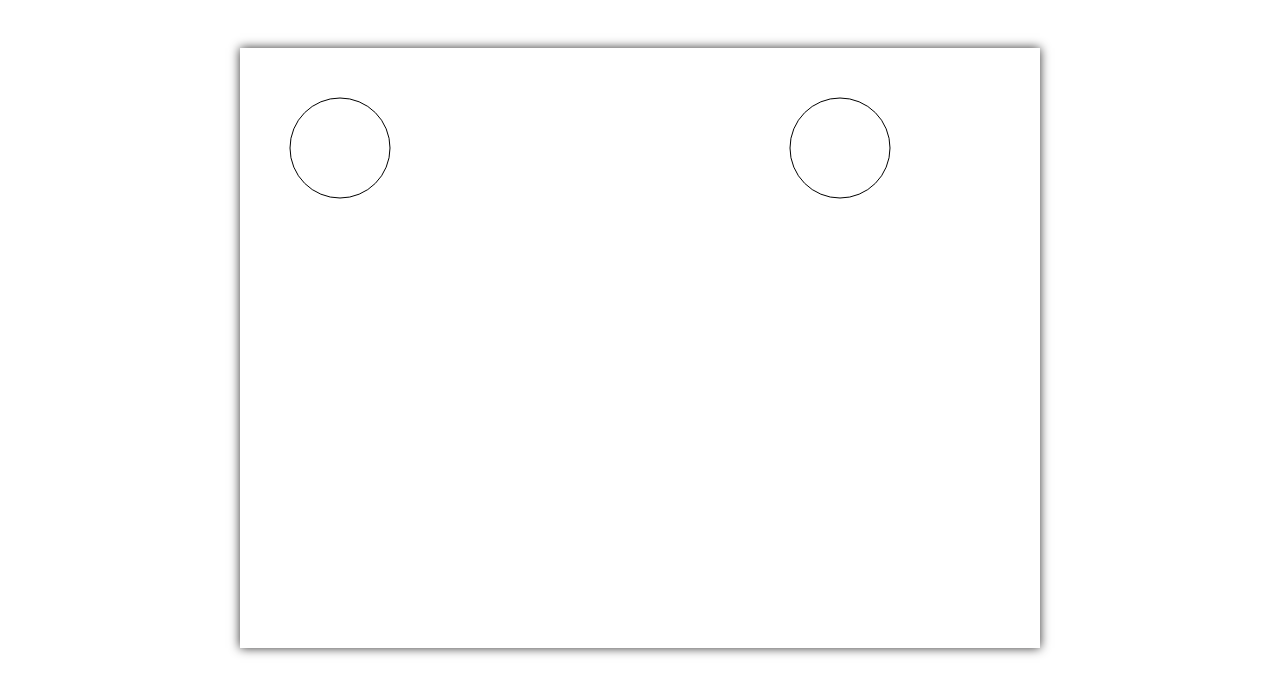
Repository: fangYiYuan/javascript-
Page: canvas/10.圆形碰撞.html
These files come from the project's save history. The page is drawn as it stood at one moment and after the next save; the edit follows.
The browser window is 1280 px wide. The pictures show the whole page.

Above is the page before, as saved 2020-04-15 10:47:39.

### canvas/10.圆形碰撞.html
<!DOCTYPE html>
<html lang="en">
<head>
  <meta charset="UTF-8">
  <meta name="viewport" content="width=device-width, initial-scale=1.0">
  <meta http-equiv="X-UA-Compatible" content="ie=edge">
  <title>Document</title>
</head>
<style>
  body{
    text-align: center;
    padding-top: 40px;
  }
  canvas {
    margin: 0 auto;
    box-shadow: 0 0 10px rgb(48, 47, 47);
  }
</style>
<body>
  <canvas id="draw" width="800" height="600"></canvas>
</body>
<script>
  let draw = document.getElementById('draw')
  let con = draw.getContext('2d')

  function Ball (x, y, r, speed, color) {
    this.x = x
    this.y = y
    this.r = r
    this.speed = speed
    this.color = color
  }
  Ball.prototype.draw = function () {
    con.beginPath()
    con.fillStyle = this.color
    con.arc(this.x, this.y, this.r, 0, Math.PI * 2)
    con.stroke()
  }
  Ball.prototype.move = function () {
    this.x += this.speed
    if (this.x > draw.width - this.r) {
      this.speed *= -1
    } else if (this.x < 0) {
      this.speed *= -1
    }
  }
  let balla = new Ball(100, 100, 50, 2, 'red')
  let ballb = new Ball(600, 100, 50, 2, 'blue')
  function moveTo () {
    con.clearRect(0, 0, draw.width, draw.height)
    balla.draw()
    ballb.draw()
    balla.move()
    ballb.move()
    if (hit()) {
      balla.speed *= -1
      ballb.speed *= -1
    }
  }
  function hit () {
    if (balla.x + balla.r *2 > ballb.x) {
      return true
    } else {
      return false
    }
  }
  moveTo ()

</script>
</html>

After the next save:
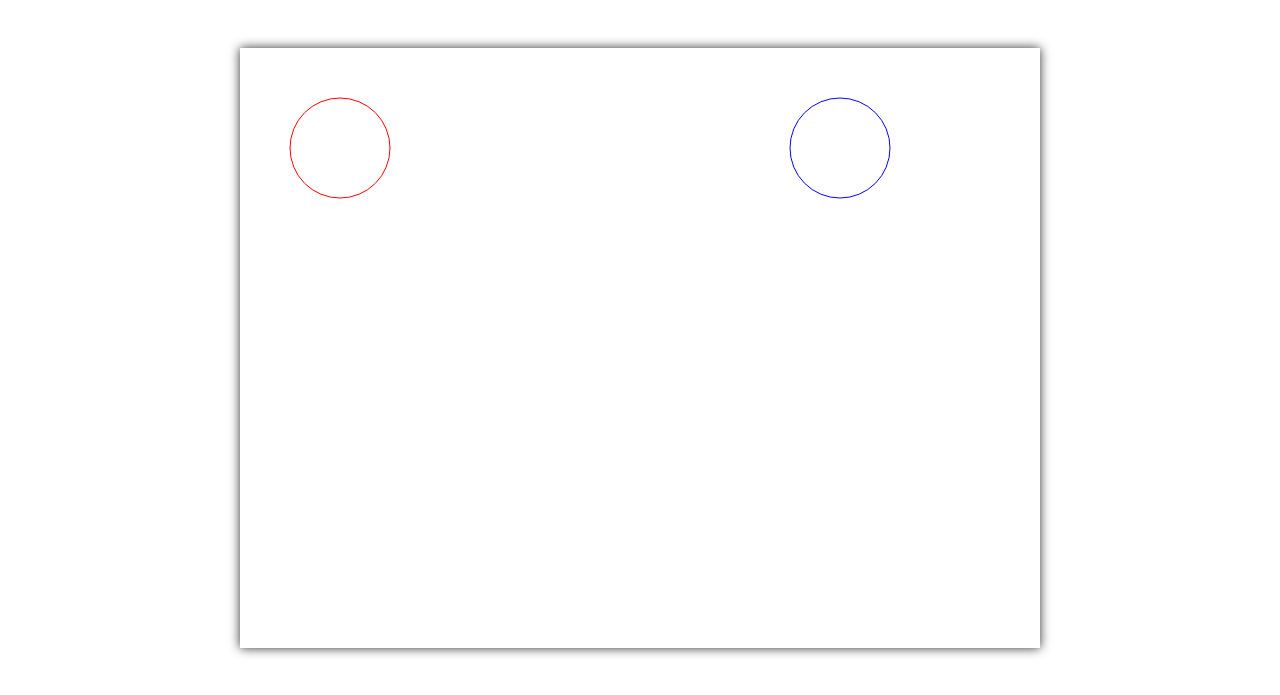
Saved 13 s later.
--- a/canvas/10.圆形碰撞.html
+++ b/canvas/10.圆形碰撞.html
@@ -32,7 +32,7 @@
   }
   Ball.prototype.draw = function () {
     con.beginPath()
-    con.fillStyle = this.color
+    con.strokeStyle = this.color
     con.arc(this.x, this.y, this.r, 0, Math.PI * 2)
     con.stroke()
   }
